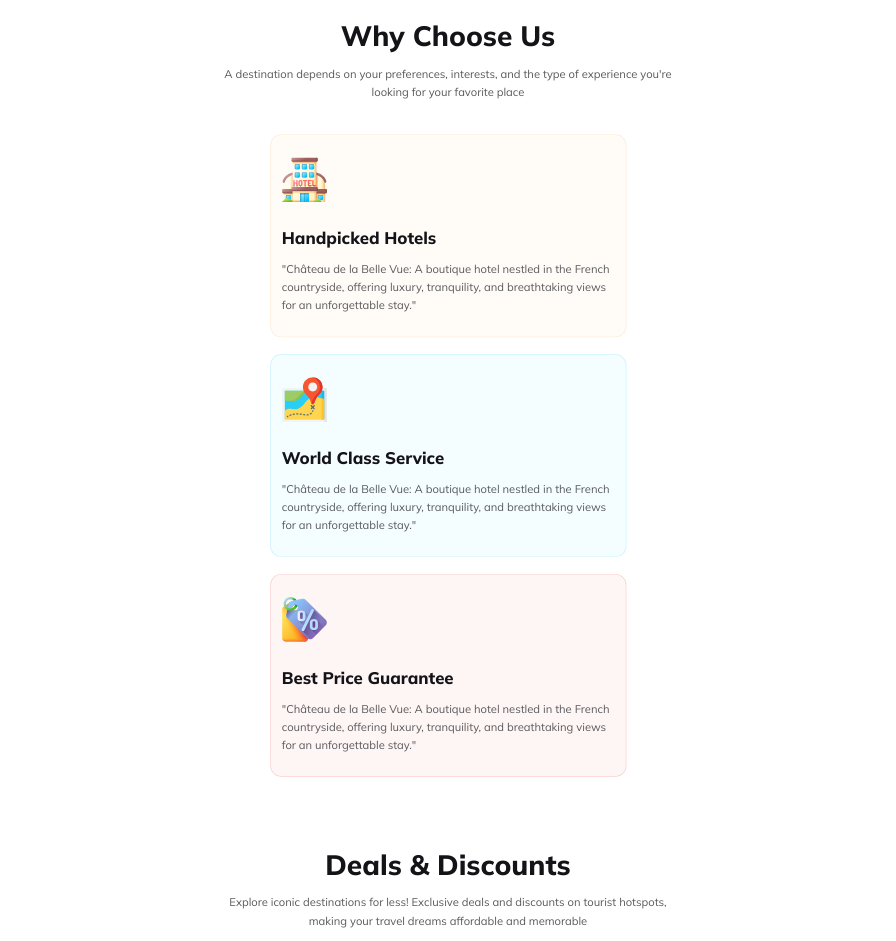
Repository: ShouravAhammed/Assignment-2
Page: index.html
The author's editor kept a copy of each file at every save. The page is drawn from the files as they stood at one save, then again after the next save.
The browser window is 1280 px wide. The pictures show the part of the page from y = 2657 to 4577 px (the page is 4001 px tall before and 4577 px after), at 70% of full size.
Some web libraries are served in a nearby version.

Above is the page before, as saved 2024-01-16 17:35:23.

After the next save:
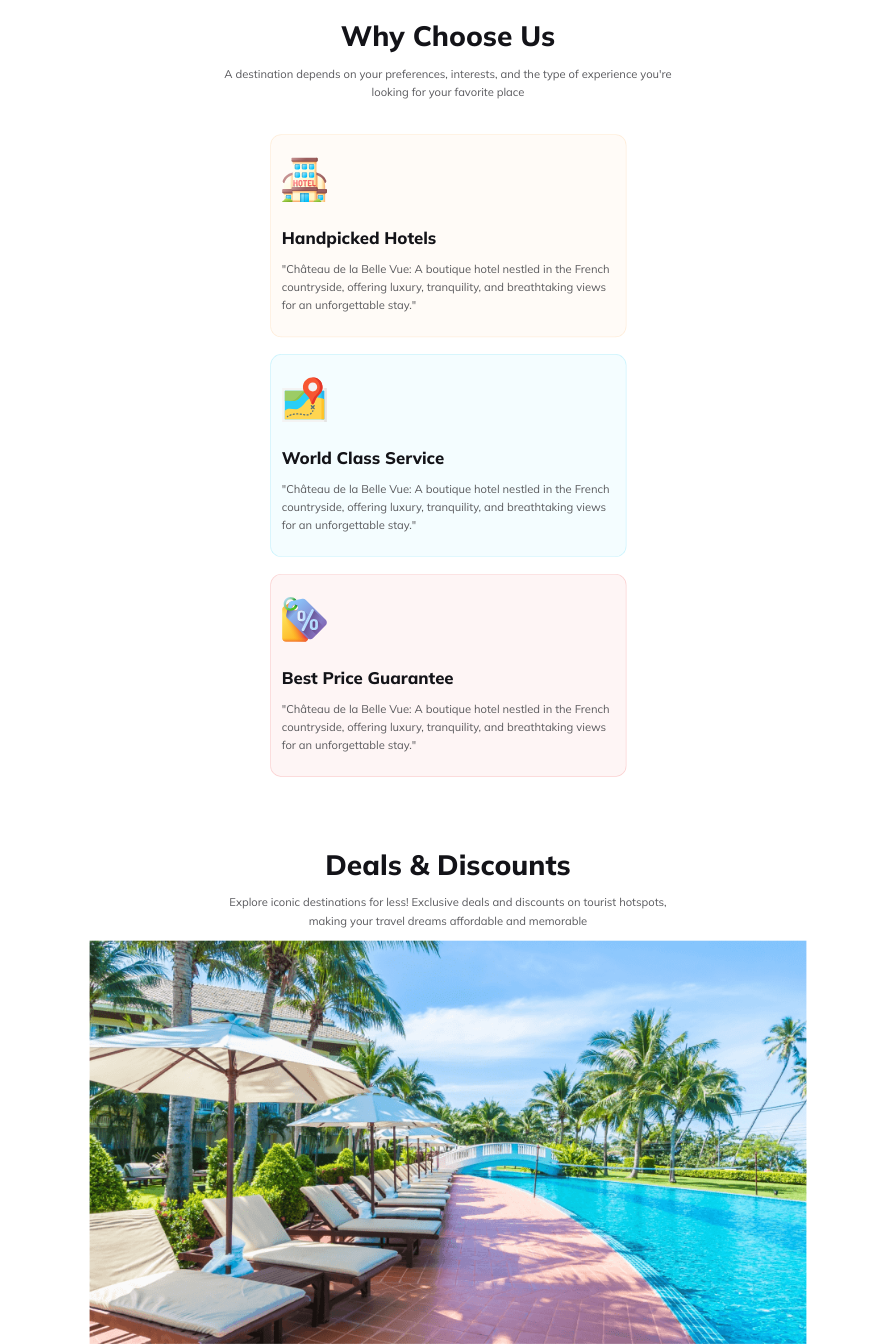
Saved 2 min 42 s later.
--- a/styles/style.css
+++ b/styles/style.css
@@ -316,6 +316,14 @@
     line-height: 26px;
 }
 
+/* deals section css style */
+.deals-content{
+    background-image: url(../Images/Group\ 39.png);
+    background-position: center;
+    background-size: cover;
+    background-repeat: no-repeat;
+    height: 80vh;
+}
 
 
 
@@ -467,7 +475,6 @@
     .choose-boxes .choose-title{
         font-size: 1.25rem;
         margin-top: 16px;
-
     }
     .choose-boxes .choose-description{
         font-size: 0.875rem;
